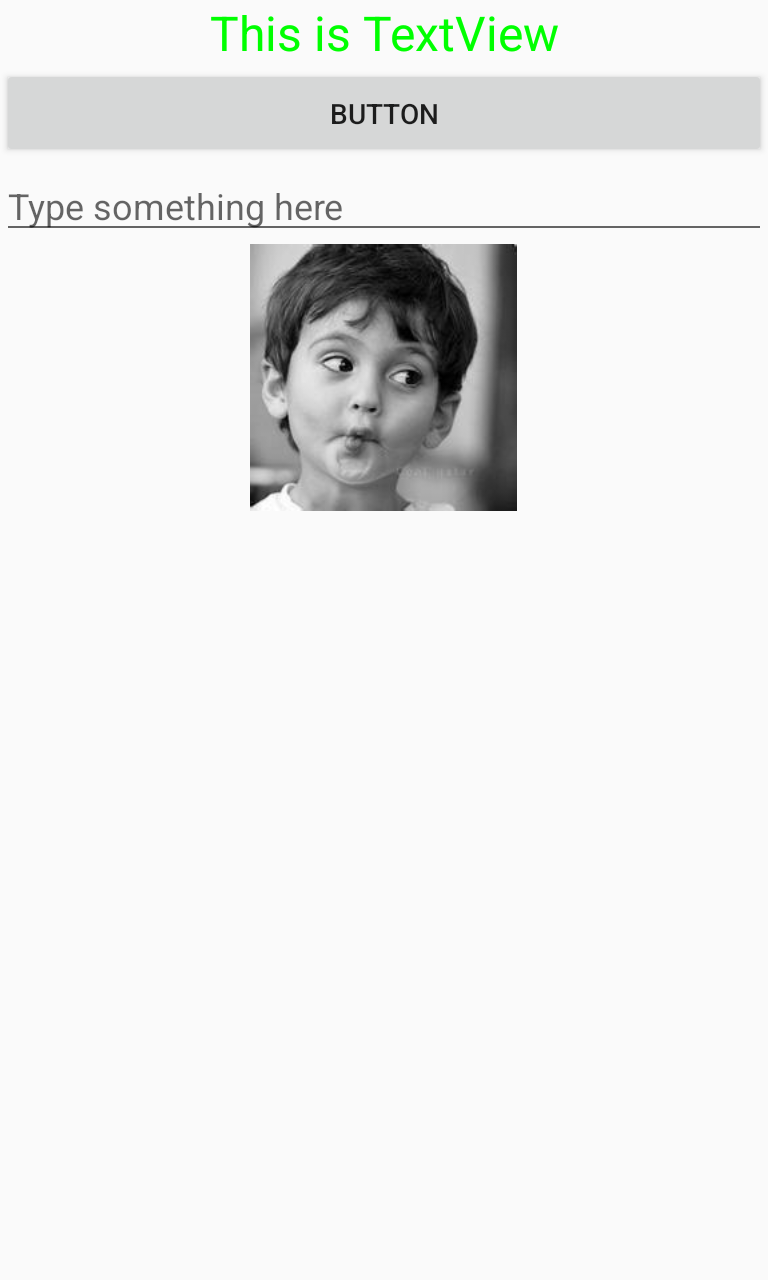
Repository: hohoTT/Android_summarize
Layout: UIWidgeTest/res/layout/activity_main.xml
These files come from the project's save history. The layout is drawn as it stood at one moment and after the next save; the edit follows.
It is drawn on a 768 x 1280 px phone screen (xhdpi) without system bars, with theme AppTheme; the app's code is not run.

Above is the layout before, as saved 2016-02-23 08:59:16.

After the next save:
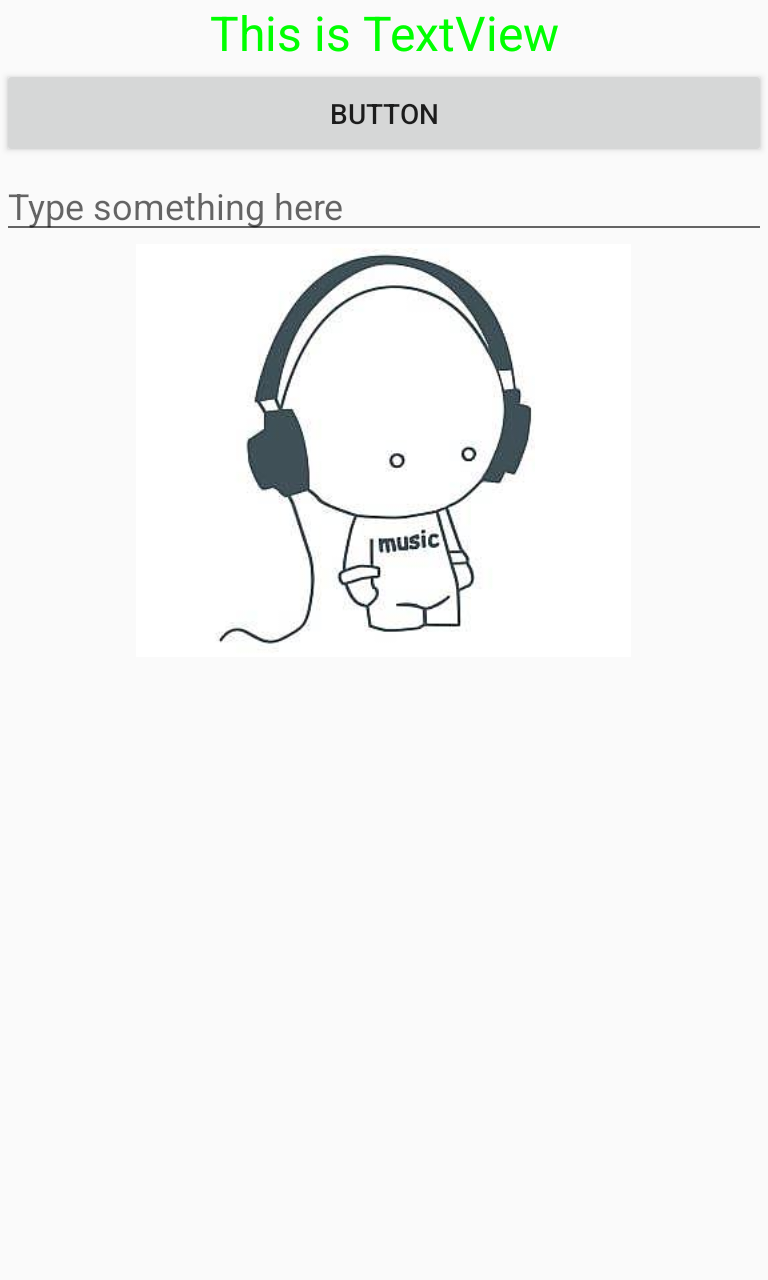
Saved 111 s later.
--- a/UIWidgeTest/res/layout/activity_main.xml
+++ b/UIWidgeTest/res/layout/activity_main.xml
@@ -30,6 +30,6 @@
         android:layout_width="wrap_content"
         android:layout_height="wrap_content"
         android:layout_gravity="center"
-        android:src="@drawable/img" />
+        android:src="@drawable/music" />
 
 </LinearLayout>

After the save that followed:
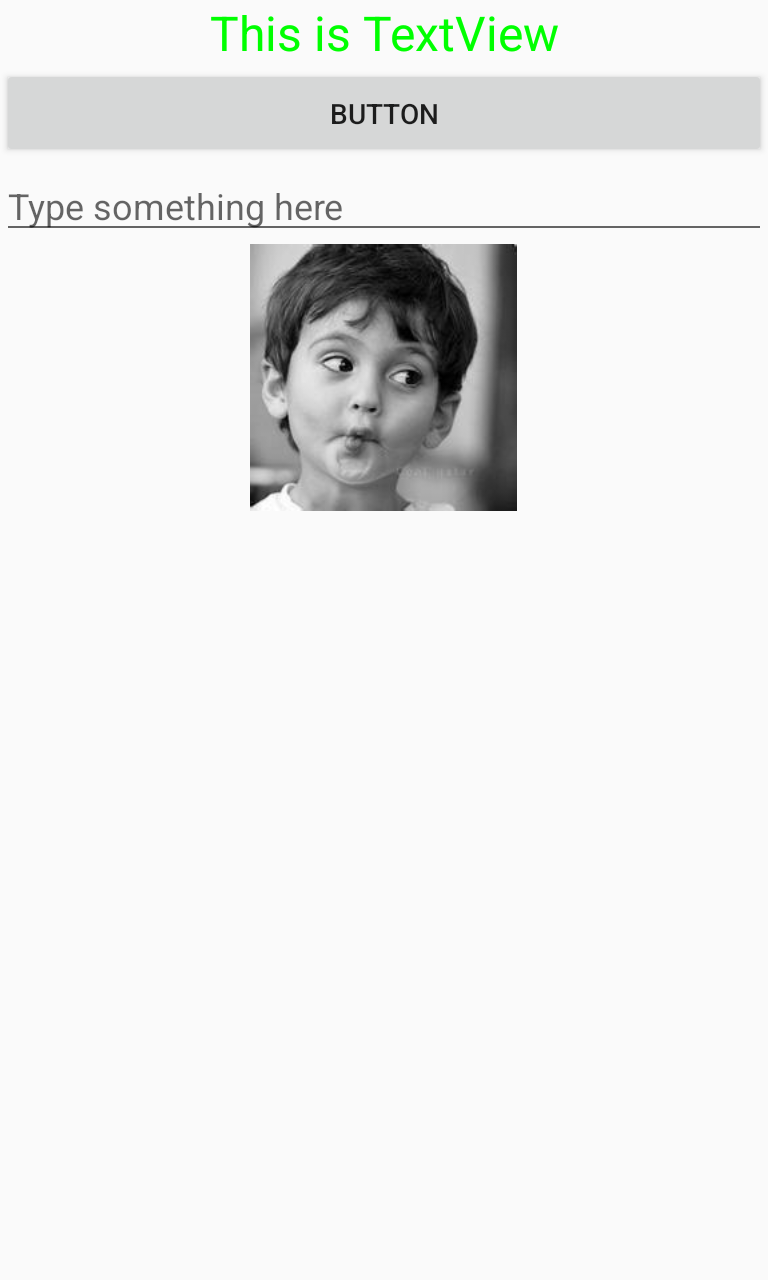
Saved 10 s later.
--- a/UIWidgeTest/res/layout/activity_main.xml
+++ b/UIWidgeTest/res/layout/activity_main.xml
@@ -30,6 +30,6 @@
         android:layout_width="wrap_content"
         android:layout_height="wrap_content"
         android:layout_gravity="center"
-        android:src="@drawable/music" />
+        android:src="@drawable/img" />
 
 </LinearLayout>
